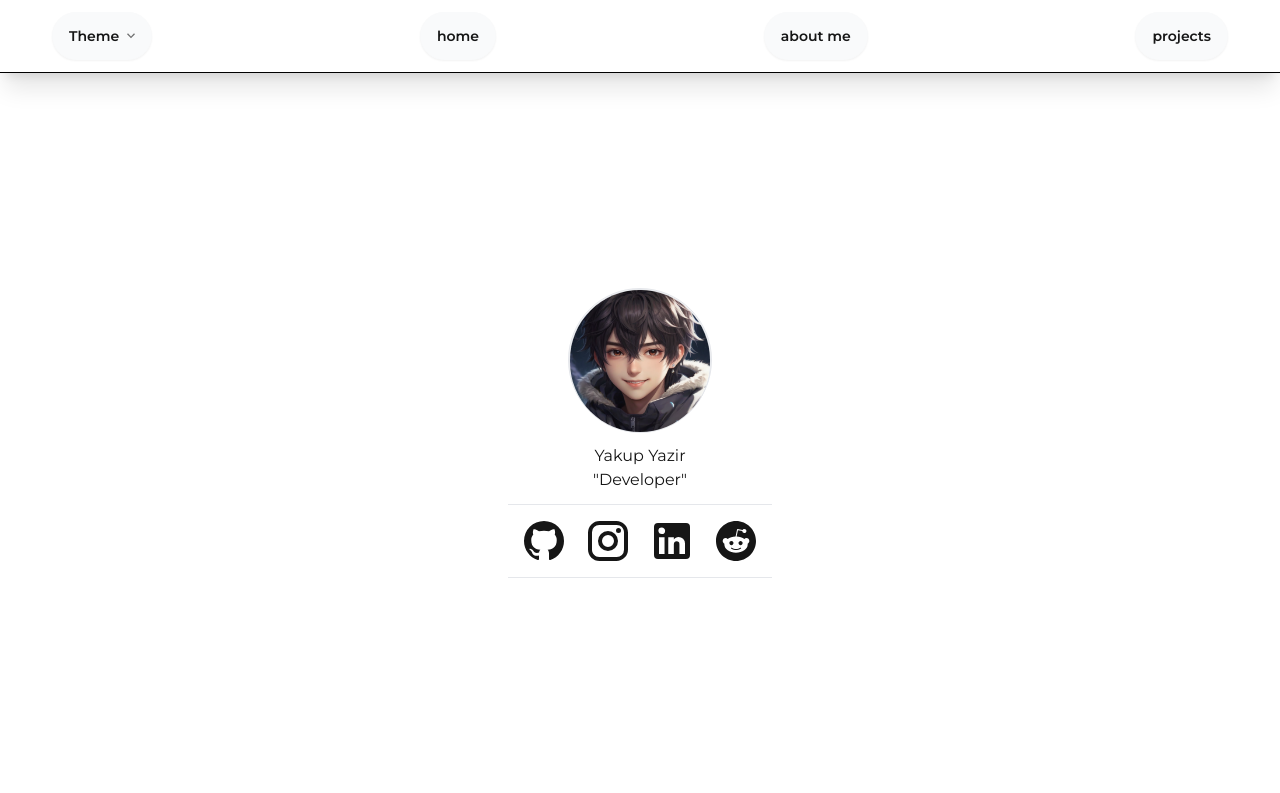
Repository: Yakyaz/myWebsite
Page: /home
An editor plug-in stored every save of this project. The page is shown before and after the next save, followed by the edit.
The browser window is 1280 px wide. The pictures show the whole page.
The project was rebuilt for these pictures with package versions that can differ from the ones it lists, and the page was loaded fresh each time. The framework's server and built-in components were replaced by stand-ins that run in the browser. Also part of the build but not shown: next.config.js.

Above is the page before, as saved 2023-12-03 14:19:43.

After the next save:
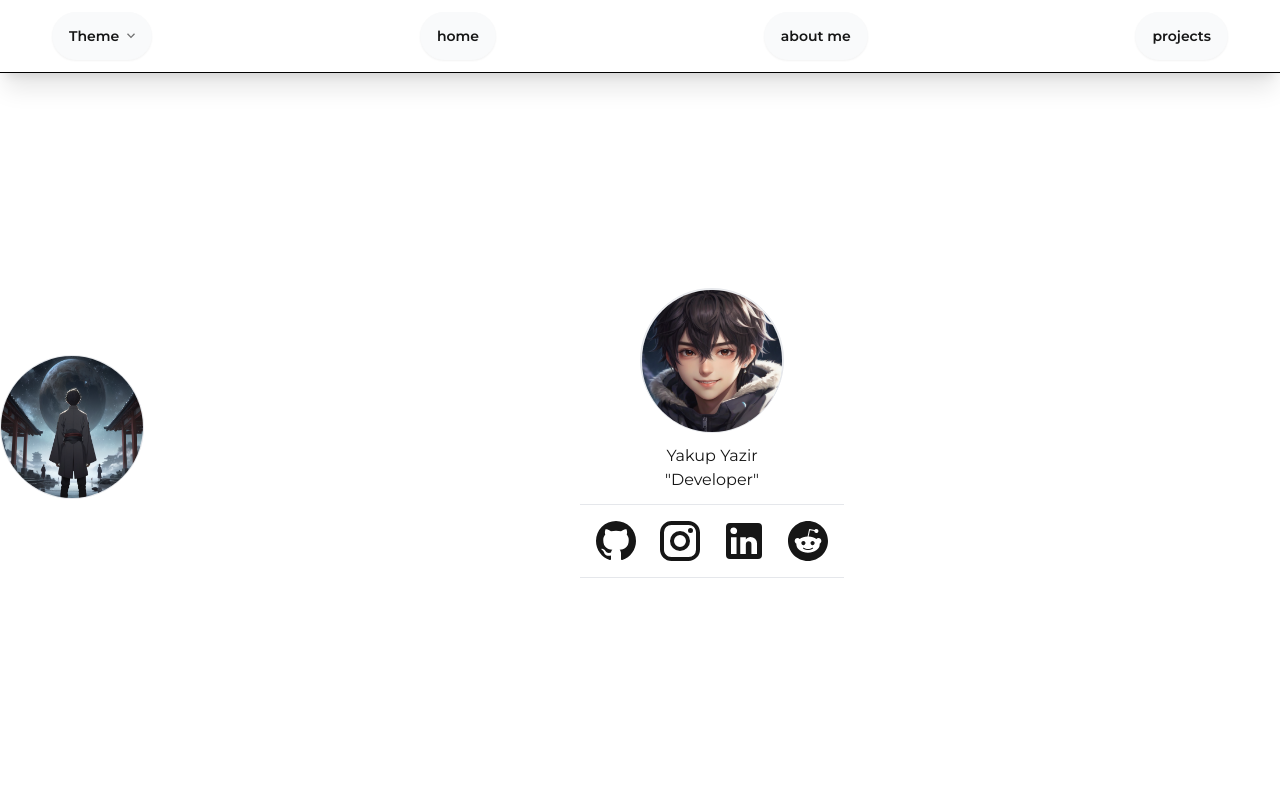
Saved 2 min 41 s later.
--- a/app/home/page.tsx
+++ b/app/home/page.tsx
@@ -9,6 +9,14 @@ import pb from "public/pb.png";
 function Home() {
   return (
     <main className="w-screen h-screen flex items-center justify-center ">
+      <Image
+        className="border rounded-full mb-3 h-36 w-36 text-center"
+        alt="Background"
+        src={background}
+        placeholder="blur"
+        quality={100}
+        sizes="100%"
+      />
       <div
         className="w-11/12 flex justify-center items-center "
         style={{
